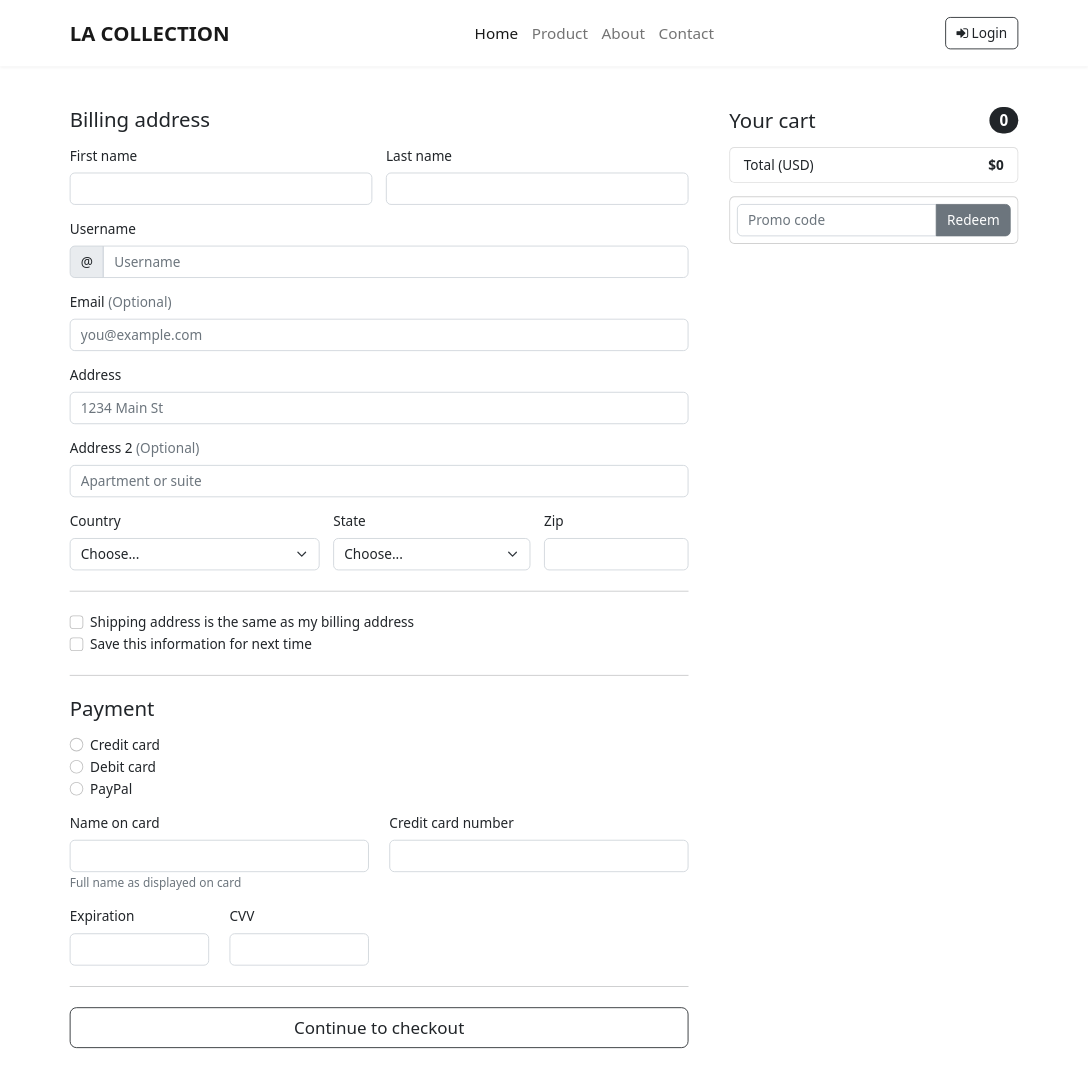
Repository: tiendungjr123/Ecommerce
Page: /checkout
The author's editor kept a copy of each file at every save. The page is drawn from the files as they stood at one save, then again after the next save.
The browser window is 1280 px wide. The pictures show the whole page, at 85% of full size.
The project was rebuilt for these pictures with package versions that can differ from the ones it lists, and the page was loaded fresh each time. Also part of the build but not shown: src/components/Products.jsx, src/components/Home.jsx, src/redux/action/index.js, src/components/ProductDetail.jsx, src/components/About.jsx, src/components/Contact.jsx, src/components/Cart.jsx.

Above is the page before, as saved 2022-10-04 14:53:48.

After the next save:
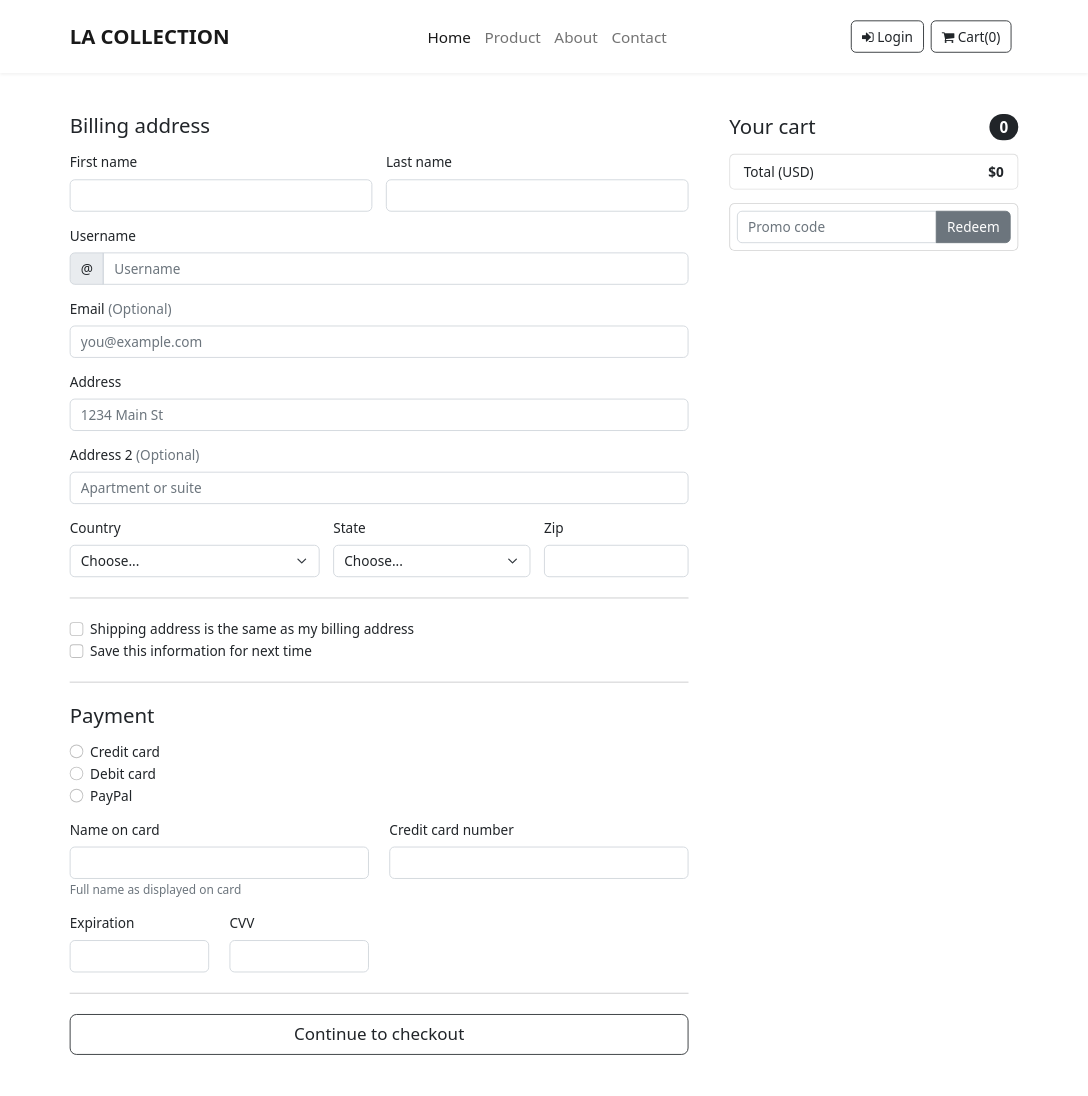
Saved 8 s later.
--- a/src/components/Navbar.jsx
+++ b/src/components/Navbar.jsx
@@ -33,11 +33,11 @@ const Navbar = () => {
                      </NavLink>
                      <NavLink to="/register" className='btn btn-outline-dark ms-2'>
                         <i className='fa fa-user-plus me-1'></i>Register
-                     </NavLink>
+                     </NavLink> */}
+                     <Login />
                      <NavLink to="/cart" className='btn btn-outline-dark m-2'>
                         <i className='fa fa-shopping-cart me-1'></i>Cart({state.length})
-                     </NavLink> */}
-                     <Login />
+                     </NavLink>
                   </div>
                </div>
             </div>
